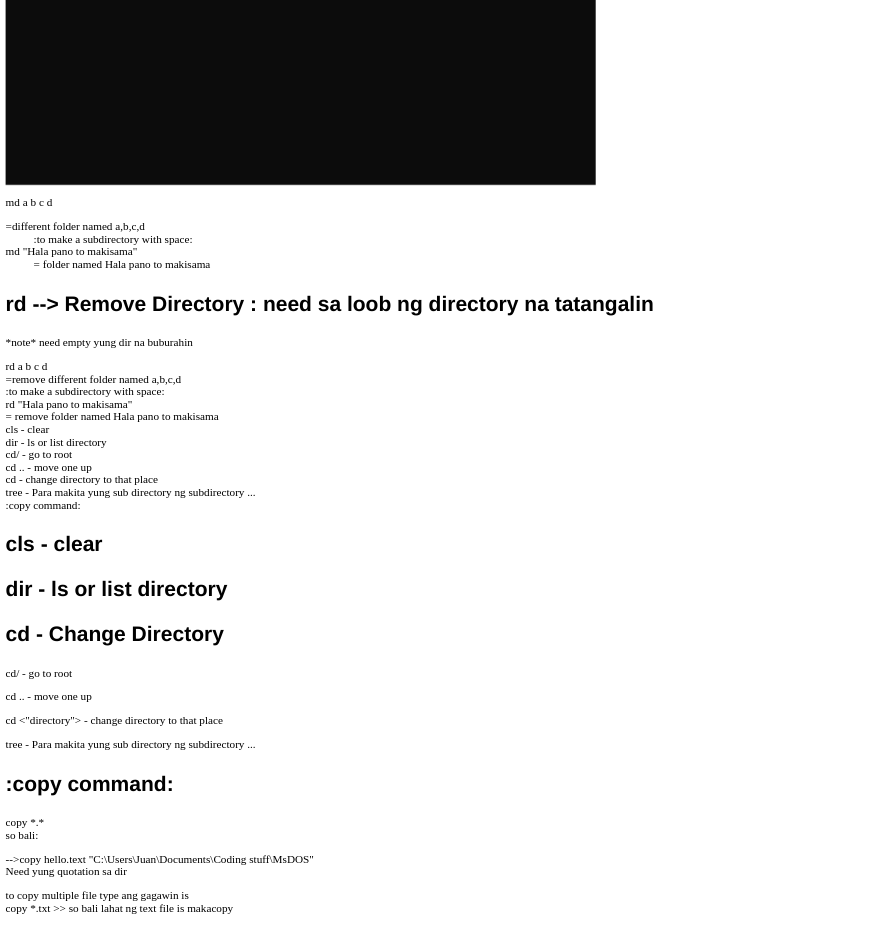
Repository: zwainer/Comprog
Page: index.html
The author's editor kept a copy of each file at every save. The page is drawn from the files as they stood at one save, then again after a run of saves.
The browser window is 1280 px wide. The pictures show the part of the page from y = 3192 to 5112 px (the page is 4514 px tall before and 5112 px after), at 70% of full size.

Above is the page before, as saved 2023-05-05 23:52:46.

### index.html
<html>
	<head>
		<link rel="stylesheet" href="index.css">
	</head>

	<h1>Comprog Notes Ko</h1>

	<p class="StartCommand">
		md
		<br/>

	</p>

	<p>md means make directory <br/>
	</p>
	<p>To use it :
		<dl>
			<dd>
				write md then
			</dd>

			<dd>
				yung name nung folder
			</dd>
		</dl>

	<br/>
	</p>


	</p>

	<img src="pictures/1_1.png">

	<p>Ito yung Output <br/></p>


	<img src="pictures/2.png">

	<h2>What if gusto nyong may space yung folder name<br/></h2>
	<dl>
		<dd>
			<p> To do it, need nyong lagyan ng "" quotation mark yung folder name nyo<br/></p>
		</dd>

		<dd>
			<p> So bali magiging cd "test 1"<br/></p>
		</dd>
	</dl>

	<img src="pictures/3.png">

	<p>Ito yung Output <br/></p>

	<img src="pictures/4.png">


	<h2>What will happen pag walang "" <-- ganire<br/></h2>

	<p>Gagawa sya ng multiple folder<br/></p>

	<img src="pictures/5.png">











	<p>md a b c d  <br/></p>

	<dl>
<dt>=different folder named a,b,c,d<br/></dt>

	<dd>:to make a subdirectory with space:<br/></dd>

	<dt>md "Hala pano to makisama"<br/>
	</dt>
		<dd>= folder named Hala pano to makisama<br/></dd>
</dl>

<p class="StartCommand">rd --> Remove Directory : need sa loob ng directory na tatangalin<br/></p>


	<p>
		*note* need empty yung dir na buburahin
		<br/>
	</p>

		rd a b c d <br/>

		=remove different folder named a,b,c,d<br/>

	:to make a subdirectory with space:<br/>

	rd "Hala pano to makisama"<br/>

		= remove folder named Hala pano to makisama	<br/>



cls - clear<br/>

dir - ls or list directory<br/>

cd/ - go to root<br/>

cd .. - move one up<br/>

cd <directory> - change directory to that place<br/>

tree - Para makita yung sub directory ng subdirectory ...<br/>

:copy command:<br/>
<p class="StartCommand">cls - clear<br/></p>

<p class="StartCommand">dir - ls or list directory<br/></p>

<p class="StartCommand">cd - Change Directory<br/></p>


<p >cd/ - go to root<br/></p>

<p>cd .. - move one up<br/></p>

<p >cd <"directory"> - change directory to that place<br/></p>

<p >tree - Para makita yung sub directory ng subdirectory ...<br/></p>

<p class="StartCommand">:copy command:<br/></p>


copy *.*<br/>

	so bali: <br/>
		<p>
				-->copy hello.text "C:\Users\Juan\Documents\Coding stuff\MsDOS"<br/>
			Need yung quotation sa dir
			<br/>
		</p>

		<p>
	to copy multiple file type ang gagawin is </br>
	copy *.txt >> so bali lahat ng text file is makacopy</br>



		</p>
</html>

### index.css
.StartCommand{
    font-size: 30px;
    font-family: 'Franklin Gothic Medium';
    font-weight: bold;
}

After the next 3 saves:
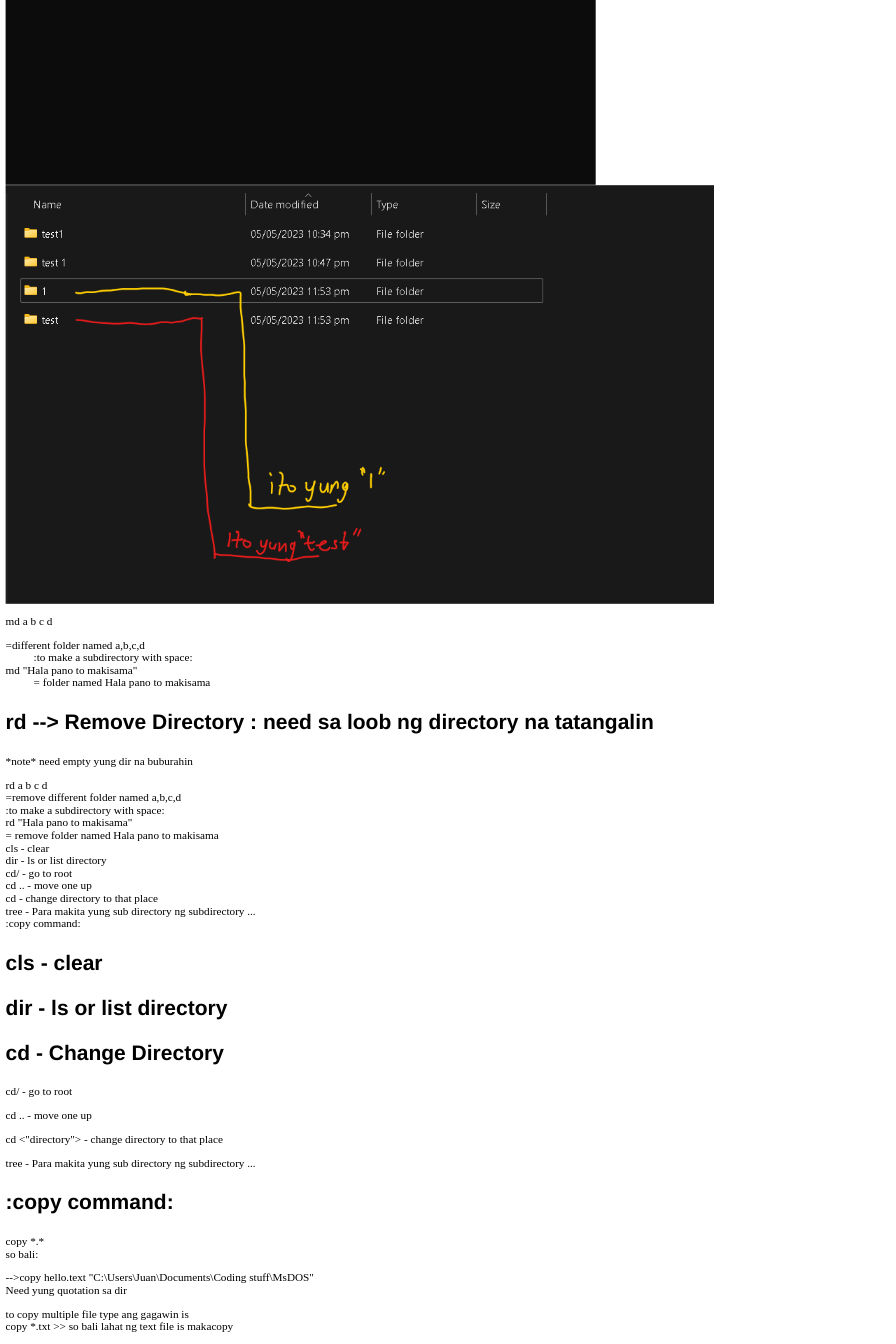
The 3 saves are shown as one change because they came seconds apart.
The last was saved 2 min 18 s later.
--- a/index.html
+++ b/index.html
@@ -60,6 +60,9 @@
 	<p>Gagawa sya ng multiple folder<br/></p>
 
 	<img src="pictures/5.png">
+
+	<img src="pictures/6.png">
+
 
 
 
